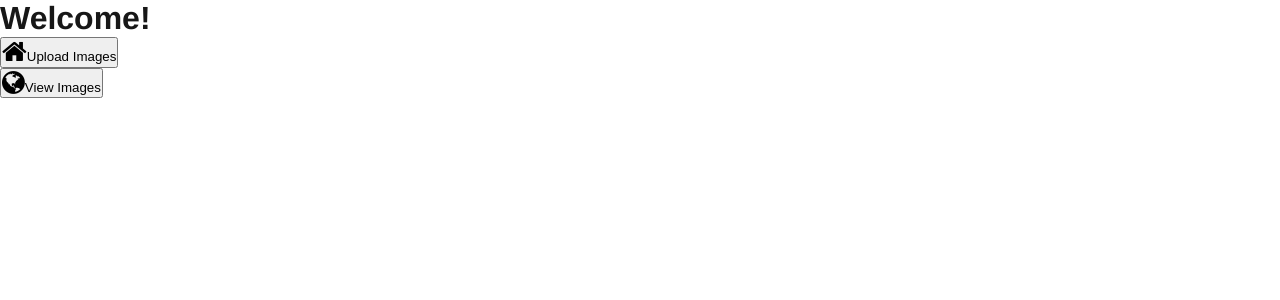
Repository: EricRobertCampbell/palaeo-fossil-classifier
Page: /dashboard (app in palaeo-fossil-classifier/)
These files come from the project's save history. The page is drawn as it stood at one moment and after the next save; the edit follows.
The browser window is 1280 px wide. The pictures show the whole page.
Some web libraries are served in a nearby version. The project was rebuilt for these pictures with package versions that can differ from the ones it lists, and the page was loaded fresh each time. The framework's server and built-in components were replaced by stand-ins that run in the browser. Also part of the build but not shown: palaeo-fossil-classifier/next.config.ts, palaeo-fossil-classifier/app/classify.tsx.

Above is the page before, as saved 2024-11-30 14:01:50.

### palaeo-fossil-classifier/app/dashboard/page.tsx
"use client";
import React from "react";
import "./page.module.css";
import { useState } from "react";
import Admin from "../admin";
import Classify from "../classify";

export default function dashboard() {
  const [component1, setComponent1] = useState(false);
  const [component2, setComponent2] = useState(false);

  const handleAdmin = () => {
    setComponent1(true);
    setComponent2(false);
  };
  const handleClasify = () => {
    setComponent2(true);
    setComponent1(false);
  };

  return (
    <div>
      <h1>Welcome!</h1>
      <div className="area"></div>
      <nav className="main-menu">
        <ul>
          <li>
            <button
              onClick={() => {
                handleAdmin;
              }}
            >
              <i className="fa fa-home fa-2x"></i>
              <span className="nav-text">Upload Images</span>
            </button>
          </li>
          <li className="has-subnav">
            <button
              onClick={() => {
                handleClasify;
              }}
            >
              <i className="fa fa-globe fa-2x"></i>
              <span className="nav-text">View Images</span>
            </button>
          </li>
        </ul>
      </nav>
      <div className="component">{component1 ? <Admin /> : <></>}</div>
      <div className="component">{component2 ? <Classify /> : <></>}</div>
    </div>
  );
}

### palaeo-fossil-classifier/app/globals.css
:root {
  --background: #ffffff;
  --foreground: #171717;
}

@media (prefers-color-scheme: dark) {
  :root {
    --background: #0a0a0a;
    --foreground: #ededed;
  }
}

html,
body {
  max-width: 100vw;
  overflow-x: hidden;
}

body {
  color: var(--foreground);
  background: var(--background);
  font-family: Helvetica;
  -webkit-font-smoothing: antialiased;
  -moz-osx-font-smoothing: grayscale;
}

* {
  box-sizing: border-box;
  padding: 0;
  margin: 0;
}

a {
  color: inherit;
  text-decoration: none;
}

@media (prefers-color-scheme: dark) {
  html {
    color-scheme: dark;
  }
}

### palaeo-fossil-classifier/app/dashboard/page.module.css
@import url(//netdna.bootstrapcdn.com/font-awesome/4.0.3/css/font-awesome.css);

@import url(https://fonts.googleapis.com/css?family=Titillium+Web:300);
.fa-2x {
font-size: 2em;
}
.fa {
position: relative;
display: table-cell;
width: 60px;
height: 36px;
text-align: center;
vertical-align: middle;
font-size:20px;
}


.main-menu:hover,nav.main-menu.expanded {
width:250px;
overflow:visible;
}

.main-menu {
background:#212121;
border-right:1px solid #e5e5e5;
position:absolute;
top:0;
bottom:0;
height:100%;
left:0;
width:60px;
overflow:hidden;
-webkit-transition:width .05s linear;
transition:width .05s linear;
-webkit-transform:translateZ(0) scale(1,1);
z-index:1000;
}

.main-menu>ul {
margin:7px 0;
}

.main-menu li {
position:relative;
display:block;
width:250px;
}

.main-menu li>a {
position:relative;
display:table;
border-collapse:collapse;
border-spacing:0;
color:#999;
 font-family: arial;
font-size: 14px;
text-decoration:none;
-webkit-transform:translateZ(0) scale(1,1);
-webkit-transition:all .1s linear;
transition:all .1s linear;

}

.main-menu .nav-icon {
position:relative;
display:table-cell;
width:60px;
height:36px;
text-align:center;
vertical-align:middle;
font-size:18px;
}

.main-menu .nav-text {
position:relative;
display:table-cell;
vertical-align:middle;
width:190px;
  font-family: 'Titillium Web', sans-serif;
}

.main-menu>ul.logout {
position:absolute;
left:0;
bottom:0;
}

.no-touch .scrollable.hover {
overflow-y:hidden;
}

.no-touch .scrollable.hover:hover {
overflow-y:auto;
overflow:visible;
}

.a:hover,.a:focus {
text-decoration:none;
}

.nav {
-webkit-user-select:none;
-moz-user-select:none;
-ms-user-select:none;
-o-user-select:none;
user-select:none;
}

.nav ul,.nav li {
outline:0;
margin:0;
padding:0;
}
.main-menu li:hover>a,nav.main-menu li.active>a,.dropdown-menu>li>a:hover,.dropdown-menu>li>a:focus,.dropdown-menu>.active>a,.dropdown-menu>.active>a:hover,.dropdown-menu>.active>a:focus,.no-touch .dashboard-page nav.dashboard-menu ul li:hover a,.dashboard-page nav.dashboard-menu ul li.active a {
color:#fff;
background-color:#000000;
}
.area {
float: left;
background: #e2e2e2;
width: 100%;
height: 100%;
}
@font-face {
  font-family: 'Titillium Web';
  font-style: normal;
  font-weight: 300;
  src: local('Titillium WebLight'), local('TitilliumWeb-Light'), url(http://themes.googleusercontent.com/static/fonts/titilliumweb/v2/anMUvcNT0H1YN4FII8wpr24bNCNEoFTpS2BTjF6FB5E.woff) format('woff');
}

### palaeo-fossil-classifier/app/admin.tsx
import React from "react";

export default function admin() {
  return (
    <div>
      <h1>Admin Page</h1>
      <p>Welcome to the admin page!</p>
    </div>
  );
}

Loaded but not shown: palaeo-fossil-classifier/app/layout.tsx (common file)

After the next save:
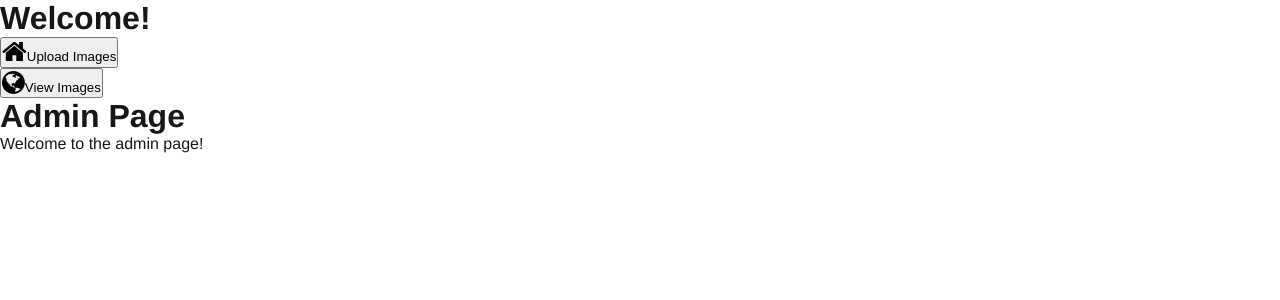
Saved 8 min 23 s later.
--- a/palaeo-fossil-classifier/app/dashboard/page.tsx
+++ b/palaeo-fossil-classifier/app/dashboard/page.tsx
@@ -6,7 +6,7 @@
 import Classify from "../classify";
 
 export default function dashboard() {
-  const [component1, setComponent1] = useState(false);
+  const [component1, setComponent1] = useState(true);
   const [component2, setComponent2] = useState(false);
 
   const handleAdmin = () => {

After the save that followed:
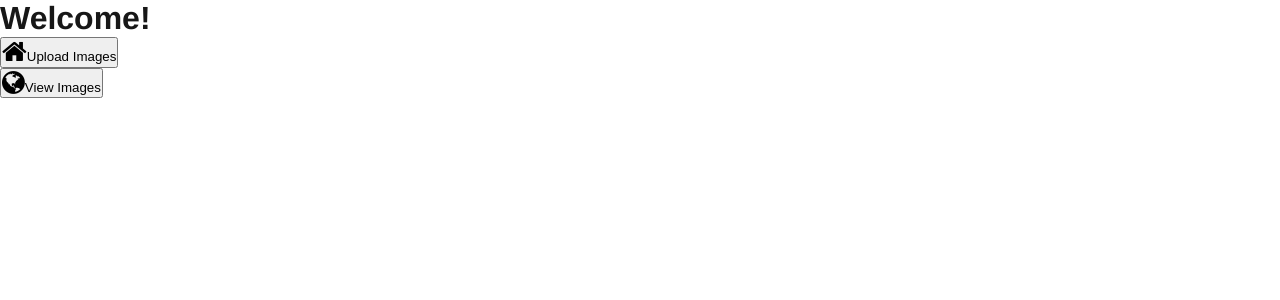
Saved 11 s later.
--- a/palaeo-fossil-classifier/app/dashboard/page.tsx
+++ b/palaeo-fossil-classifier/app/dashboard/page.tsx
@@ -6,7 +6,7 @@
 import Classify from "../classify";
 
 export default function dashboard() {
-  const [component1, setComponent1] = useState(true);
+  const [component1, setComponent1] = useState(false);
   const [component2, setComponent2] = useState(false);
 
   const handleAdmin = () => {
